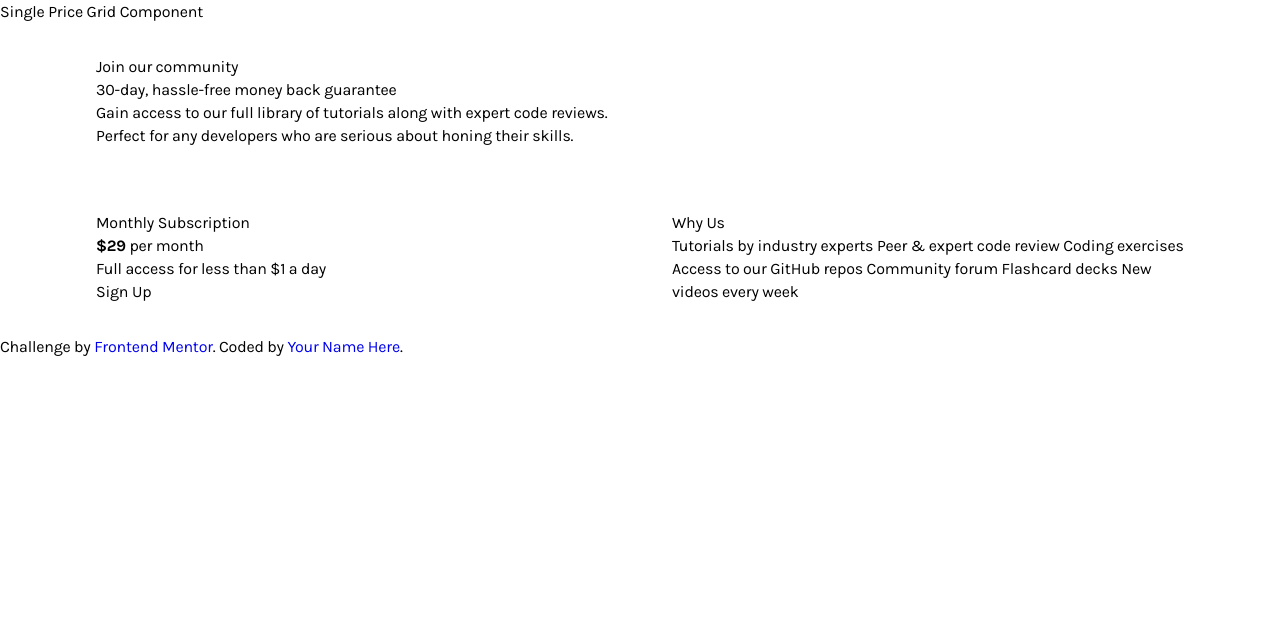
Repository: bangjuyoung/bangjuyoung
Page: practice/frontend-mentor/single-price-grid-component/index.html
These files come from the project's save history. The page is drawn as it stood at one moment and after the next save; the edit follows.
The browser window is 1280 px wide. The pictures show the whole page.

Above is the page before, as saved 2019-06-16 12:02:19.

After the next save:
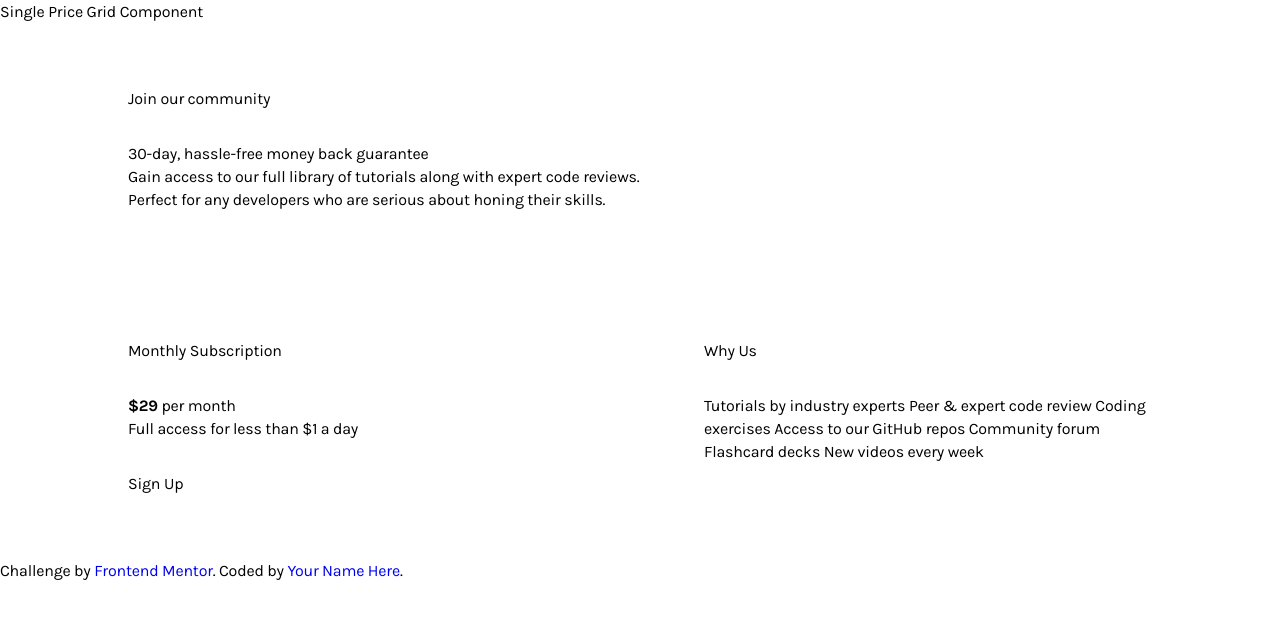
Saved 32 min 29 s later.
--- a/practice/frontend-mentor/single-price-grid-component/default.css
+++ b/practice/frontend-mentor/single-price-grid-component/default.css
@@ -28,6 +28,18 @@ body {
 
 .single-price__divider {
     padding: 2rem;
+}
+
+.single-price__header {
+    padding: 2rem 2rem 0
+}
+
+.single-price__body {
+    padding: 2rem;
+}
+
+.single-price__footer {
+    padding: 0 2rem 2rem;
 }
 
 @media (min-width: 74rem) {
